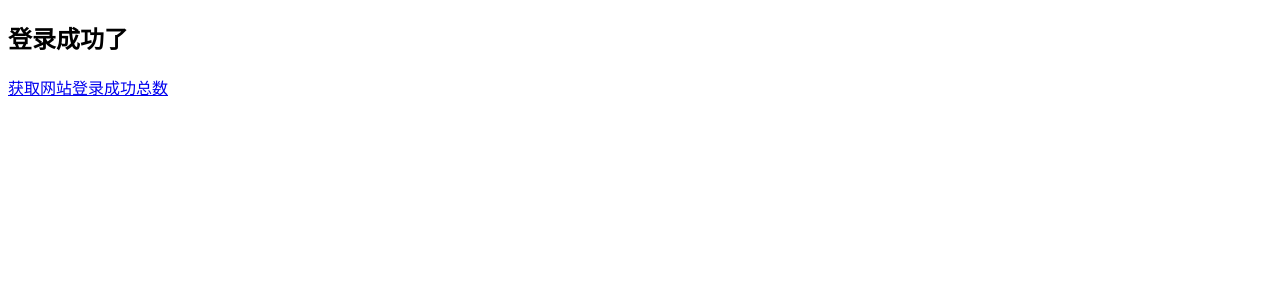
Repository: MoMentDaDa/JavaProject
Page: Servlet/02/WebContent/Views/welcome.html
An editor plug-in stored every save of this project. The page is shown before and after the next save, followed by the edit.
The browser window is 1280 px wide. The pictures show the whole page.

Above is the page before, as saved 2020-03-02 13:42:19.

After the next save:
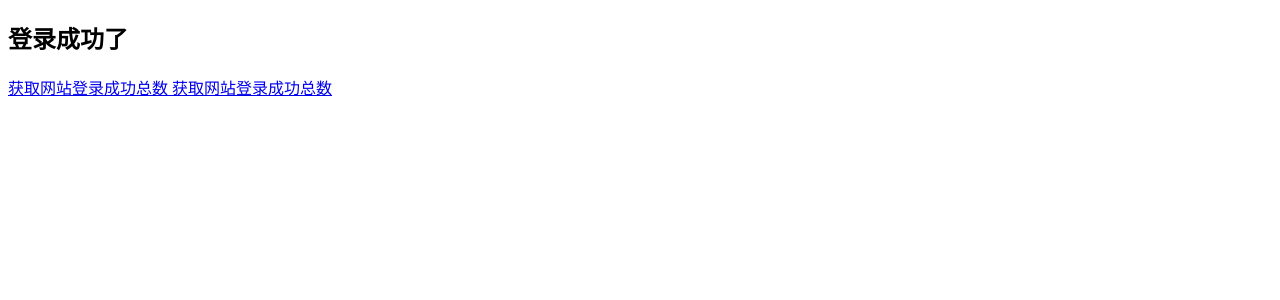
Saved 17 s later.
--- a/Servlet/02/WebContent/Views/welcome.html
+++ b/Servlet/02/WebContent/Views/welcome.html
@@ -7,5 +7,7 @@
 <body>
 	<h2>登录成功了</h2>
 	<a href="/02/login/countSrevlet">获取网站登录成功总数 </a>
+
+	<a href="/02/login/countSrevlet">获取网站登录成功总数 </a>
 </body>
 </html>
